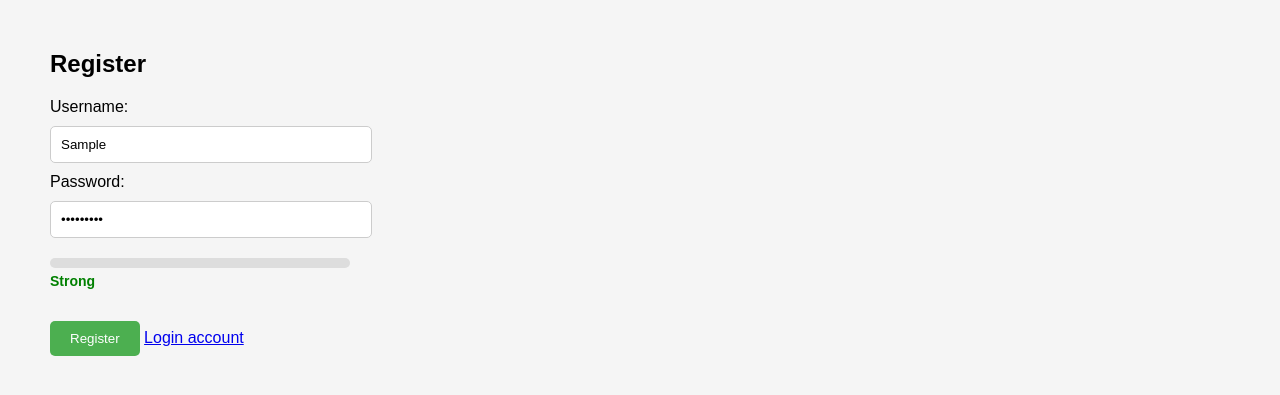
Repository: wolvicjohn/argon2
Page: http://localhost/register.php
An editor plug-in stored every save of this project. The page is shown before and after the next save, followed by the edit.
The browser window is 1280 px wide. The pictures show the whole page.
Empty fields were first filled with sample values (such as "Sample", 5 or name@example.com).
After loading, the first visible `#password` was changed once.
The page is run by PHP 8.4 with error messages shown; the project is at /var/www/html/.

Above is the page before, as saved 2024-10-18 02:11:01.

After the next save:
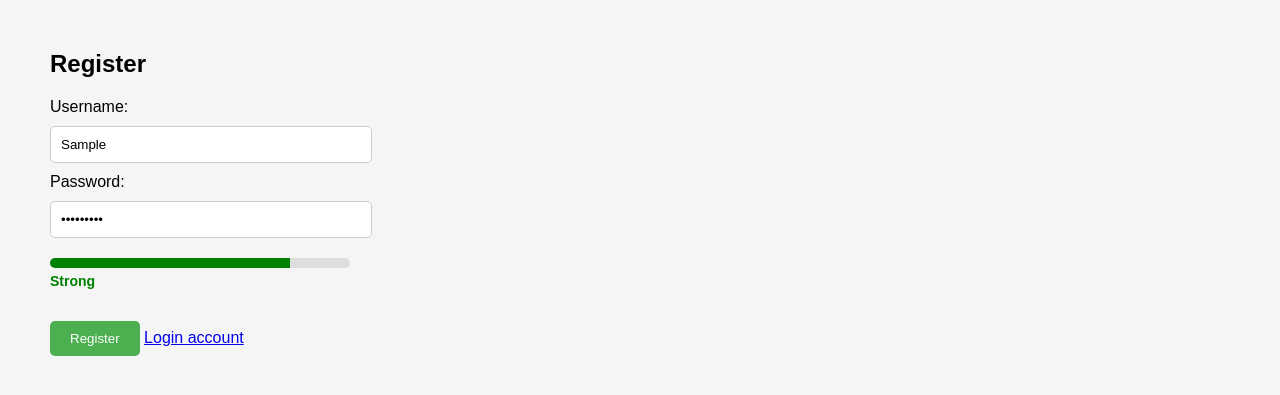
Saved 33 s later.
--- a/register.php
+++ b/register.php
@@ -38,7 +38,6 @@ if ($_SERVER['REQUEST_METHOD'] === 'POST') {
     echo "User registered successfully!";
 }
 ?>
-
 <!DOCTYPE html>
 <html lang="en">
 
@@ -80,8 +79,8 @@ if ($_SERVER['REQUEST_METHOD'] === 'POST') {
 
         .strength-bar {
             height: 100%;
-            width: 0;
-            transition: width 0.3s;
+            width: 0%;
+            transition: width 0.3s ease-in-out;
         }
 
         .strength-weak {
@@ -129,11 +128,7 @@ if ($_SERVER['REQUEST_METHOD'] === 'POST') {
 
         passwordInput.addEventListener('input', () => {
             const password = passwordInput.value;
-            console.log(`Password entered: ${password}`); // Debugging
-
             const strength = calculateStrength(password);
-            console.log(`Password strength: ${strength}`); // Debugging
-
             updateStrengthMeter(strength);
         });
 
@@ -150,21 +145,20 @@ if ($_SERVER['REQUEST_METHOD'] === 'POST') {
         }
 
         function updateStrengthMeter(strength) {
-            strengthBar.className = '';  // Reset class
-            strengthText.className = 'message'; // Reset message styling
+            // Reset the strength bar
+            strengthBar.className = 'strength-bar';
+            strengthBar.style.width = `${strength * 20}%`;  // Dynamically set the width
 
+            // Set the color and text based on strength
             if (strength <= 1) {
-                strengthBar.style.width = '20%';
                 strengthBar.classList.add('strength-weak');
                 strengthText.textContent = 'Weak';
                 strengthText.style.color = 'red';
             } else if (strength <= 3) {
-                strengthBar.style.width = '60%';
                 strengthBar.classList.add('strength-medium');
                 strengthText.textContent = 'Medium';
                 strengthText.style.color = 'orange';
             } else {
-                strengthBar.style.width = '100%';
                 strengthBar.classList.add('strength-strong');
                 strengthText.textContent = 'Strong';
                 strengthText.style.color = 'green';
